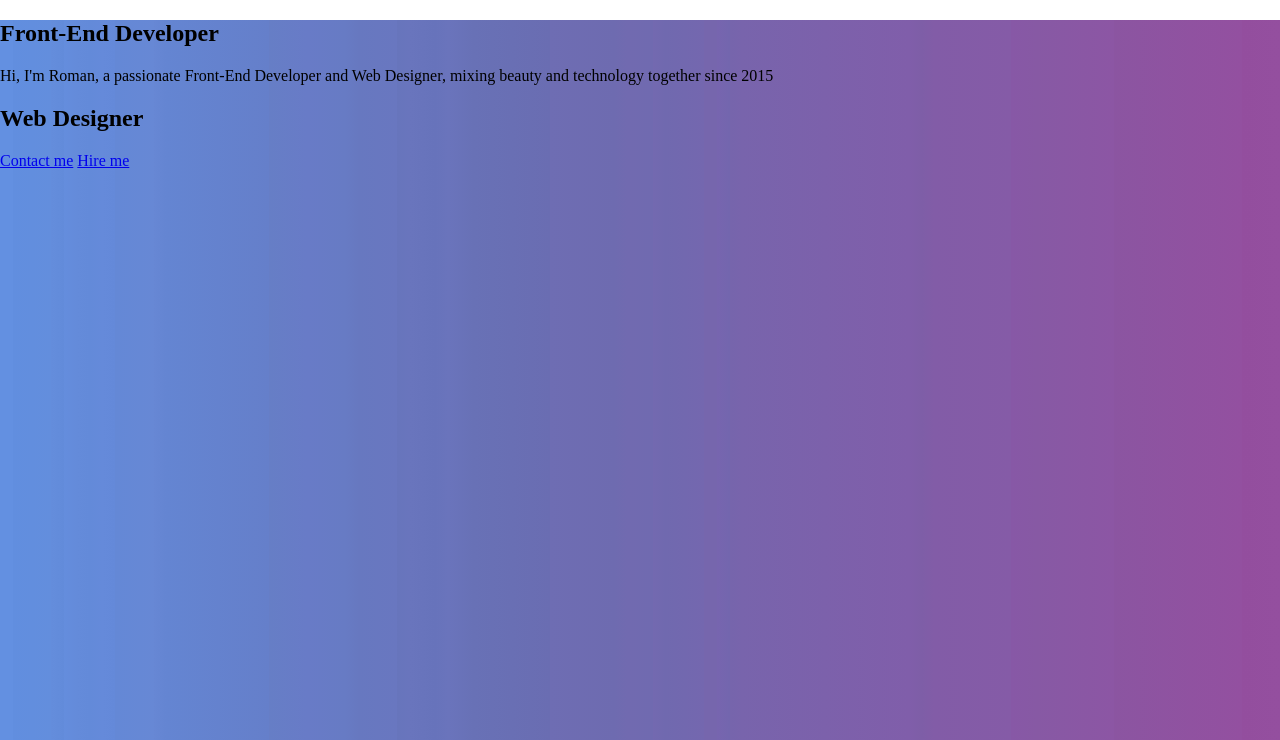
Repository: RShalman/rshalman.github.io
Page: index.html
An editor plug-in stored every save of this project. The page is shown before and after the next save, followed by the edit.
The browser window is 1280 px wide. The pictures show the whole page.

Above is the page before, as saved 2018-10-18 13:39:07.

After the next save:
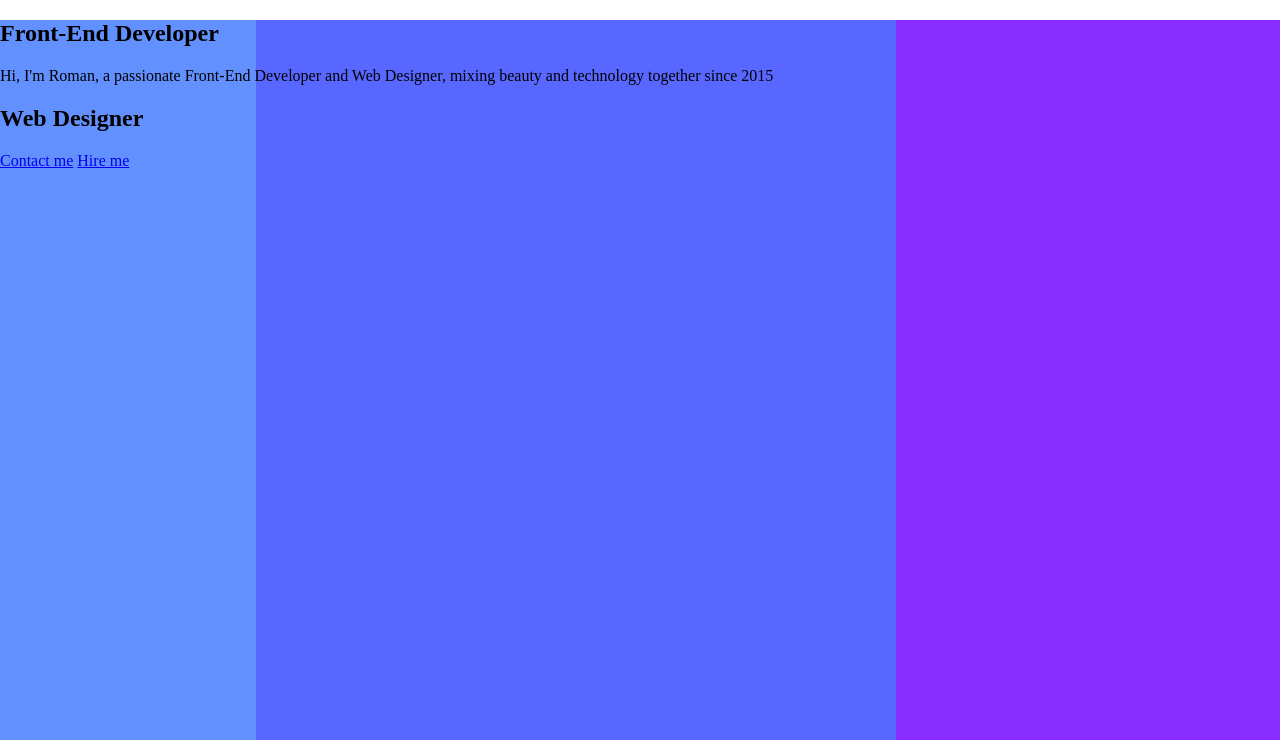
Saved 13 min 48 s later.
--- a/css/main.css
+++ b/css/main.css
@@ -16,5 +16,5 @@ section {
 /* ----------------------- INTRO SECTION ----------------------- */
 /* Settings for intro section container */
 #intro {
-    background: linear-gradient(to right, #6390e1 0%,#6390e1 1%,#618edf 1%,#638edd 4%,#668cdd 4%,#638cdb 4%,#648ddc 4%,#628bda 5%,#648ddd 5%,#648bda 6%,#668ddc 6%,#648bda 6%,#638ad9 7%,#658ada 8%,#6489d9 9%,#6488d6 9%,#6788d5 12%,#6586d3 12%,#6787d4 12%,#6585d2 12%,#6585d2 12%,#6787d4 12%,#6485d2 13%,#657fca 21%,#667ec6 21%,#687bc7 24%,#677bc4 27%,#6778c0 28%,#6977c0 31%,#6775bc 31%,#6975bd 32%,#6773bb 34%,#6a74bc 35%,#6871b6 37%,#6a6db2 43%,#6e6db3 43%,#6e6bb0 48%,#716ab0 49%,#706ab0 51%,#7369b0 51%,#7069af 52%,#7467af 55%,#7666ad 55%,#7666ad 56%,#7366ae 56%,#7765af 56%,#7366ae 57%,#7665ac 57%,#7864ac 58%,#805eaa 71%,#7e5ea7 72%,#825ca7 73%,#855ba7 79%,#8758a6 79%,#8759a4 81%,#8859a7 81%,#8759a4 81%,#8c56a4 87%,#8b55a1 87%,#9350a0 97%,#934e9e 97%,#944f9f 100%);
+    background: linear-gradient(to right, rgba(99,144,255,1) 0%, rgba(99,144,255,1) 20%, rgba(88,103,255,1) 20%, rgba(88,103,255,1) 20%, rgba(88,103,255,1) 70%, rgba(136,44,255,1) 70%, rgba(136,44,255,1) 100%);
 }
